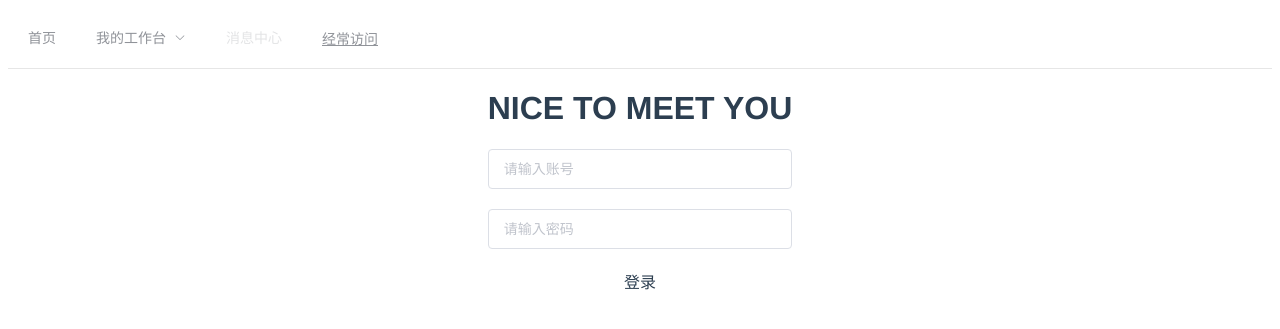
Repository: wallflower2020/log_management
Page: /#/login (app in log-management/)
An editor plug-in stored every save of this project. The page is shown before and after the next save, followed by the edit.
The browser window is 1280 px wide. The pictures show the whole page.
The project was rebuilt for these pictures with package versions that can differ from the ones it lists, and the page was loaded fresh each time. Also part of the build but not shown: log-management/src/components/HelloWorld.vue, log-management/src/views/index.vue.

Above is the page before, as saved 2021-04-19 23:35:22.

### log-management/index.html
<!DOCTYPE html>
<html>
  <head>
    <meta charset="utf-8">
    <meta name="viewport" content="width=device-width,initial-scale=1.0">
    <title>log-management</title>
  </head>
  <body>
    <div id="app"></div>
    <!-- built files will be auto injected -->
  </body>
</html>

### log-management/src/main.js
// The Vue build version to load with the `import` command
// (runtime-only or standalone) has been set in webpack.base.conf with an alias.
import Vue from 'vue';
import ElementUI from 'element-ui';
import 'element-ui/lib/theme-chalk/index.css';
import App from './App';
import router from './router';
import axios from 'axios';

Vue.use(ElementUI);
Vue.config.productionTip = false
Vue.prototype.$axios = axios

/* eslint-disable no-new */
new Vue({
  el: '#app',
  router,
  components: { App },
  template: '<App/>'
})

### log-management/src/App.vue
<template>
  <div id="app">
    <navigation></navigation>
    <!-- <img src="./assets/logo.png"> -->
    <router-view/>
  </div>
</template>

<script>
import Navigation from "@/components/navigation"

export default {
  components: {
    Navigation,
  },
  name: 'App',
  data() {
      return {
        activeIndex: '1',
        activeIndex2: '1'
      };
    },
    methods: {
      handleSelect(key, keyPath) {
        console.log(key, keyPath);
      }
    }
}
</script>

<style>
#app {
  font-family: 'Avenir', Helvetica, Arial, sans-serif;
  -webkit-font-smoothing: antialiased;
  -moz-osx-font-smoothing: grayscale;
  text-align: center;
  color: #2c3e50;
  margin-top: 0;
}
</style>

### log-management/src/router/index.js
import Vue from "vue";
import Router from "vue-router";

import index from "@/views/index";
import login from "@/views/login";

// const Workplace = resolve => require(["@/views/Workplace"], resolve);
const commission = resolve =>
  require(["@/views/workplace/commission"], resolve);
const everyday = resolve => require(["@/views/workplace/everyday"], resolve);
const special = resolve => require(["@/views/workplace/special"], resolve);
// import commission from "@/views/workplace/commission";
// import everyday from "@/views/workplace/everyday";
// import special from "@/views/workplace/special";

Vue.use(Router);

export default new Router({
  routes: [
    {
      path: "/",
      component: index
    },
    {
      path: "/index",
      name: "index",
      component: index
    },
    {
      path: "/login",
      name: "login",
      component: login
    },
    {
      path: "/commission",
      name: "commission",
      component: commission
    },
    {
      path: "/everyday",
      name: "everyday",
      component: everyday
    },
    {
      path: "/special",
      name: "special",
      component: special
    }
  ]
});

### log-management/src/components/navigation.vue
<template>
  <div>
    <el-menu :default-active="activeIndex" class="el-menu-demo" mode="horizontal" @select="handleSelect" >
      <el-menu-item index="1" @click="goIndex">首页</el-menu-item>
      <el-submenu index="2">
        <template slot="title">我的工作台</template>
        <el-menu-item index="2-1" @click="goEveryday">日常</el-menu-item>
        <el-menu-item index="2-2">代办</el-menu-item>
        <el-menu-item index="2-3">特殊</el-menu-item>
        <el-submenu index="2-4">
          <template slot="title">记录</template>
          <el-menu-item index="2-4-1">随笔</el-menu-item>
          <el-menu-item index="2-4-2">日记</el-menu-item>
          <el-menu-item index="2-4-3">总结</el-menu-item>
        </el-submenu>
      </el-submenu>
      <el-menu-item index="3" disabled>消息中心</el-menu-item>
      <el-menu-item index="4"><a href="https://www.bilibili.com/" target="_blank">经常访问</a></el-menu-item>
    </el-menu>
  </div>
</template>

<script>
export default {
  methods: {
    goIndex() {
      this.$router.push({path: '/'})
    },
    goEveryday() {
      this.$router.push({path: '/everyday'})
    }
  }
}
</script>

### log-management/src/views/login.vue
<template>
    <div class="login">
        <h1 @click="goIndex">NICE TO MEET YOU</h1>
        <el-input placeholder="请输入账号" class="login-phone"></el-input>
        <el-input placeholder="请输入密码" class="login-password"></el-input>
        <span @click="goIndex">登录</span>
        <!-- <a href="
        https://www.bilibili.com/">bilibili</a> -->
    </div>
</template>

<script>

export default({
  data: {
    formData:{
      account:'',
      password:'',
    }
  },
  methods: {
    goIndex() {
      this.$router.push({path: '/index'})
    }
  }
})
</script>

<style>
  .login {
    height: 500px;
    display: inline-block;
  }
  .login-phone {
    display: flex;
    /* width: 40%; */
    margin-bottom: 20px;
  }
  .login-password {
    display: flex;
    /* width: 40%; */
    margin-bottom: 20px;
  }
</style>

After the next save:
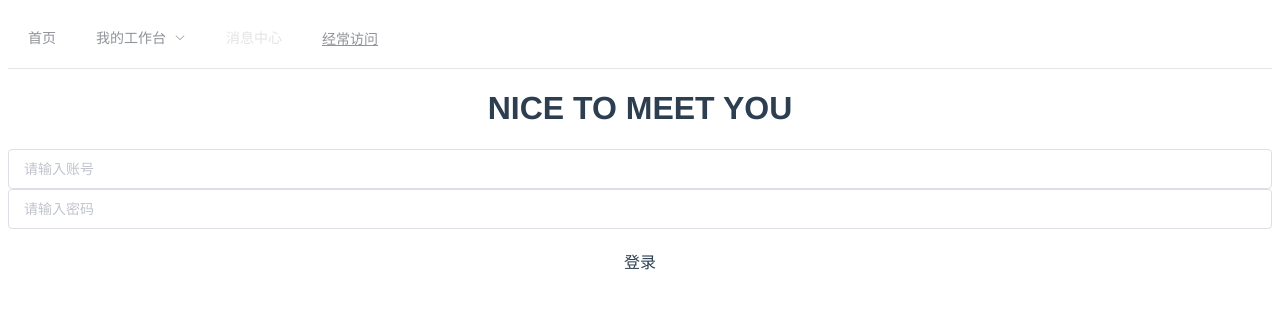
Saved 18 s later.
--- a/log-management/src/views/login.vue
+++ b/log-management/src/views/login.vue
@@ -1,7 +1,7 @@
 <template>
-    <div class="login">
+    <div>
         <h1 @click="goIndex">NICE TO MEET YOU</h1>
-        <el-input placeholder="请输入账号" class="login-phone"></el-input>
+        <el-input placeholder="请输入账号" ></el-input>
         <el-input placeholder="请输入密码" class="login-password"></el-input>
         <span @click="goIndex">登录</span>
         <!-- <a href="

After the save that followed:
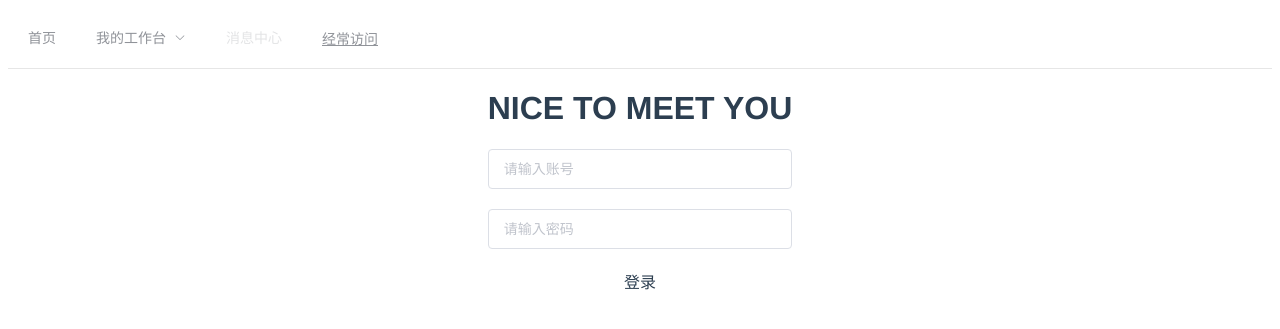
Saved 7 s later.
--- a/log-management/src/views/login.vue
+++ b/log-management/src/views/login.vue
@@ -1,7 +1,7 @@
 <template>
-    <div>
+    <div class="login">
         <h1 @click="goIndex">NICE TO MEET YOU</h1>
-        <el-input placeholder="请输入账号" ></el-input>
+        <el-input placeholder="请输入账号" class="login-phone"></el-input>
         <el-input placeholder="请输入密码" class="login-password"></el-input>
         <span @click="goIndex">登录</span>
         <!-- <a href="
